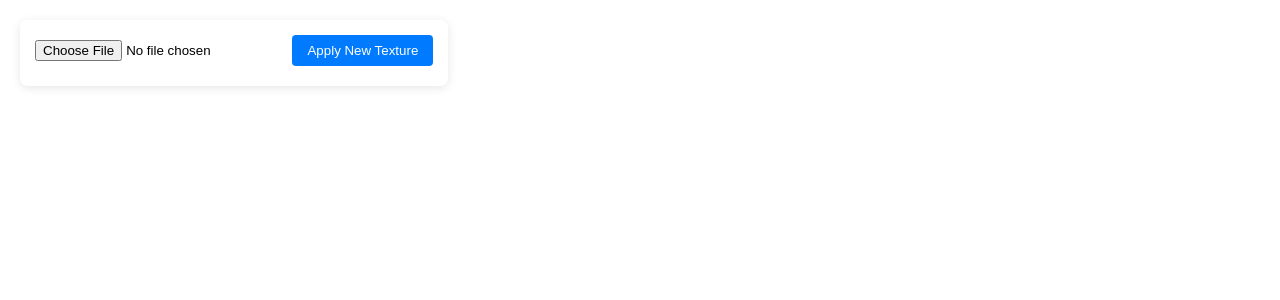
Repository: bentovnace/UI-For-Mocup
Page: index.html
These files come from the project's save history. The page is drawn as it stood at one moment and after the next save; the edit follows.
The browser window is 1280 px wide. The pictures show the whole page.

Above is the page before, as saved 2025-02-04 01:06:11.

### index.html
<!DOCTYPE html>
<html>
<head>
  <title>3D Viewer</title>
  <style>
    body {
        margin: 0;
        font-family: Arial, sans-serif;
    }
    #canvas-container {
        width: 100vw;
        height: 100vh;
        position: relative;
    }
    .control-panel {
        position: absolute;
        top: 20px;
        left: 20px;
        background: rgba(255, 255, 255, 0.8);
        padding: 15px;
        border-radius: 8px;
        box-shadow: 0 2px 10px rgba(0,0,0,0.1);
    }
    .control-panel input[type="file"] {
        margin-bottom: 10px;
    }
    button {
        padding: 8px 15px;
        background: #007bff;
        color: white;
        border: none;
        border-radius: 4px;
        cursor: pointer;
    }
    button:hover {
        background: #0056b3;
    }
</style>
</head>
<body>
  <div id="canvas-container">
    <div class="control-panel">
        <input type="file" id="textureInput" accept="image/*">
        <button onclick="applyNewTexture()">Apply New Texture</button>
    </div>
</div>
  <script type="module" src="/src/main.js"></script>
</body>
</html>

Loaded but not shown: src/main.js (common file); src/styles/style.css (no stored copy; drawn as an empty file)

After the next save:
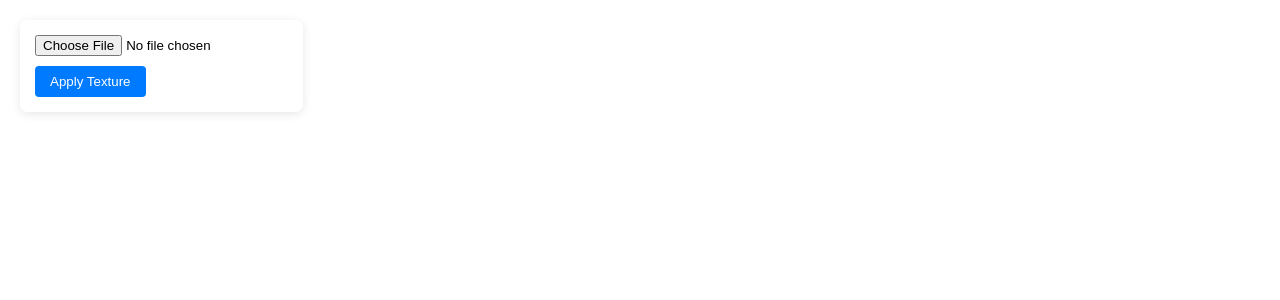
Not found: main.js
Saved 104 min 36 s later.
--- a/index.html
+++ b/index.html
@@ -1,49 +1,53 @@
 <!DOCTYPE html>
 <html>
 <head>
-  <title>3D Viewer</title>
-  <style>
-    body {
-        margin: 0;
-        font-family: Arial, sans-serif;
-    }
-    #canvas-container {
-        width: 100vw;
-        height: 100vh;
-        position: relative;
-    }
-    .control-panel {
-        position: absolute;
-        top: 20px;
-        left: 20px;
-        background: rgba(255, 255, 255, 0.8);
-        padding: 15px;
-        border-radius: 8px;
-        box-shadow: 0 2px 10px rgba(0,0,0,0.1);
-    }
-    .control-panel input[type="file"] {
-        margin-bottom: 10px;
-    }
-    button {
-        padding: 8px 15px;
-        background: #007bff;
-        color: white;
-        border: none;
-        border-radius: 4px;
-        cursor: pointer;
-    }
-    button:hover {
-        background: #0056b3;
-    }
-</style>
+    <title>3D Viewer with Texture Control</title>
+    <style>
+        body {
+            margin: 0;
+            font-family: Arial, sans-serif;
+        }
+        #canvas-container {
+            width: 100vw;
+            height: 100vh;
+            position: relative;
+        }
+        .control-panel {
+            position: absolute;
+            top: 20px;
+            left: 20px;
+            background: rgba(255, 255, 255, 0.9);
+            padding: 15px;
+            border-radius: 8px;
+            box-shadow: 0 2px 10px rgba(0,0,0,0.1);
+            z-index: 100;
+        }
+        .control-panel input[type="file"] {
+            margin-bottom: 10px;
+            display: block;
+        }
+        button {
+            padding: 8px 15px;
+            background: #007bff;
+            color: white;
+            border: none;
+            border-radius: 4px;
+            cursor: pointer;
+            transition: background 0.3s;
+        }
+        button:hover {
+            background: #0056b3;
+        }
+    </style>
 </head>
 <body>
-  <div id="canvas-container">
-    <div class="control-panel">
-        <input type="file" id="textureInput" accept="image/*">
-        <button onclick="applyNewTexture()">Apply New Texture</button>
+    <div id="canvas-container">
+        <div class="control-panel">
+            <input type="file" id="textureInput" accept="image/*">
+            <button id="applyTextureBtn">Apply Texture</button>
+        </div>
     </div>
-</div>
-  <script type="module" src="/src/main.js"></script>
+
+    <script type="module" src="main.js"></script>
 </body>
 </html>
